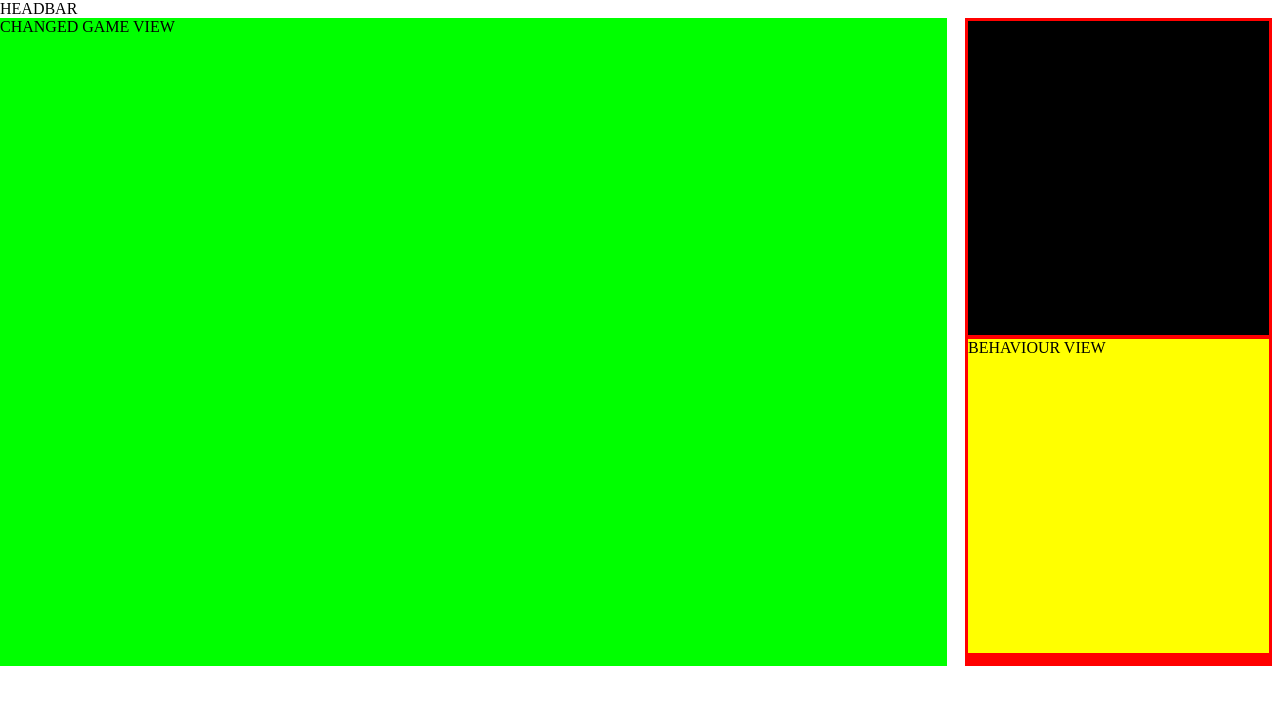
Repository: n-donnelly/onlinegameproto
Page: Content/main.html
The author's editor kept a record of every edit. The page is drawn from the files as they stood at one moment, then again after the next edit.
The browser window is 1280 px wide. The pictures show the whole page.

Above is the page before.

### Content/main.html
<!DOCTYPE html>
<!-- HTML5 Hello world by kirupa - http://www.kirupa.com/html5/getting_your_feet_wet_html5_pg1.htm -->
<html lang="en-us">

<head>
<meta charset="utf-8">
<link rel="stylesheet" type="text/css" href="/CSS/main.css">
<title>Online Game Prototyping Tool</title>
</head>

<body>

<div id="headBar">HEADBAR</div>

<div id="gameView">GAME VIEW
</div>

<div id="rightBar">
    <div id="objectView">OBJECT VIEW</div>
    <div id="behaviourView">BEHAVIOUR VIEW</div>
</div>

<script src="/scripts/jquery-2.1.3.min.js"></script>
<script src="/scripts/main.js"></script>

</body>
</html>

### CSS/main.css
#header {
    height: 42px;
    background: #0000ff;
    margin-bottom: 0.4em;
}

#gameView {
    float: left;
    background: #00ff00;
    width: 74%;
    height: 90%;
    position: absolute;
    margin-right: 0.4em;
}

#rightBar {
    right: 0.5em;
    background: #ff0000;
    width: 24%;
    height:90%;
    position: absolute;
}

#objectView {
    height: 48.5%;
    margin: 0.2em;
    background: #000000;
}

#behaviourView {
    height: 48.5%;
    margin: 0.2em;
    background: #ffff00;
}

body {
    margin: 0px;
}

### scripts/main.js
$("#gameView").html("CHANGED GAME VIEW")

Loaded but not shown: scripts/jquery-2.1.3.min.js (library)

After the next edit:
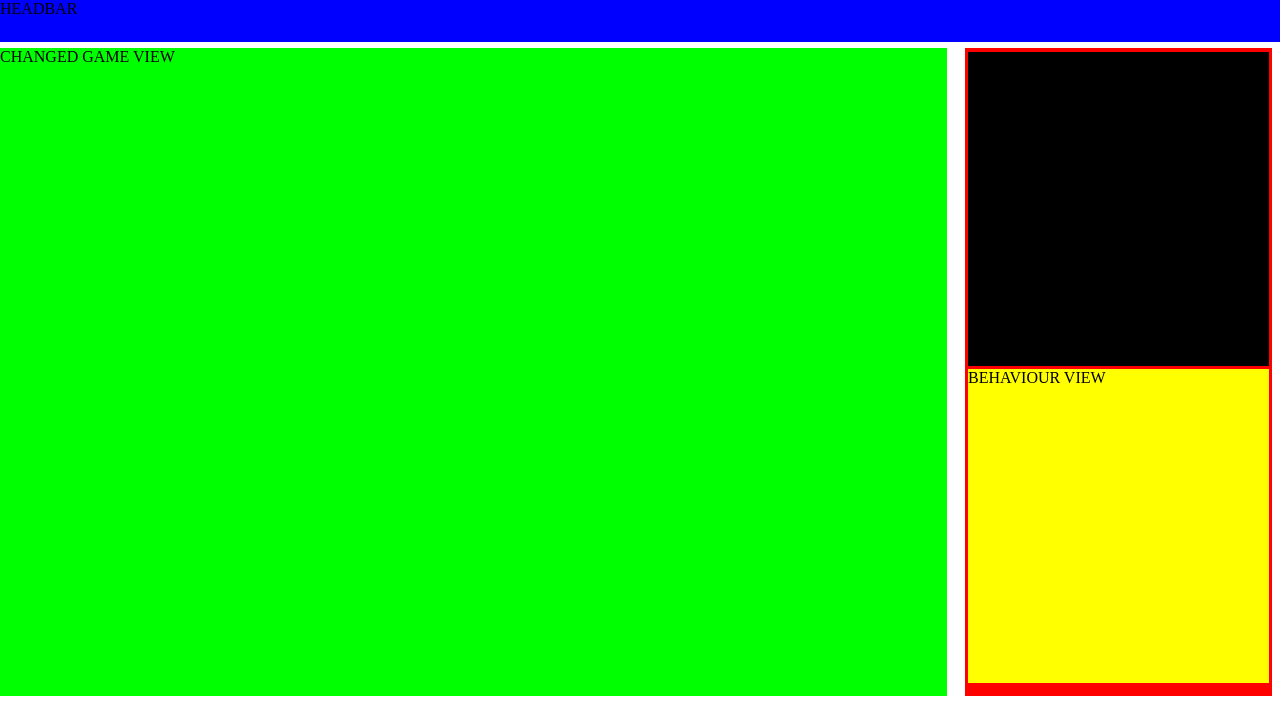
The edit:
--- a/Content/main.html
+++ b/Content/main.html
@@ -10,7 +10,7 @@
 
 <body>
 
-<div id="headBar">HEADBAR</div>
+<div id="header">HEADBAR</div>
 
 <div id="gameView">GAME VIEW
 </div>
